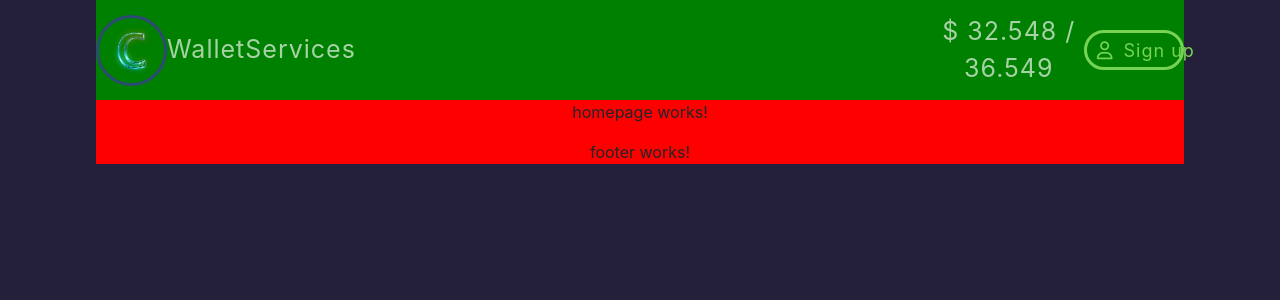
Repository: YuriyBen/Corzbank
Page: / (app in Corzbank.Web/ClientApp/)
The author's editor kept a copy of each file at every save. The page is drawn from the files as they stood at one save, then again after a run of saves.
The browser window is 1280 px wide. The pictures show the whole page.
Some icons come from a web library that is not loaded, so they are not drawn. Some web libraries are served in a nearby version. The project was rebuilt for these pictures with package versions that can differ from the ones it lists, and the page was loaded fresh each time. Also part of the build but not shown: Corzbank.Web/ClientApp/angular.json.

Above is the page before, as saved 2022-05-19 20:28:47.

### Corzbank.Web/ClientApp/src/index.html
<!DOCTYPE html>
<html lang="en">
  <head>
    <meta charset="utf-8" />
    <title>Corzbank.Web</title>
    <base href="/" />

    <meta name="viewport" content="width=device-width, initial-scale=1" />
    <link rel="icon" type="image/x-icon" href="favicon.ico" />

    <script src="https://kit.fontawesome.com/61ebb60581.js" crossorigin="anonymous"></script>
  </head>
  <body>
    <app-root>Loading...</app-root>
  </body>
</html>

### Corzbank.Web/ClientApp/src/styles.css
/* You can add global styles to this file, and also import other style files */

/* Provide sufficient contrast against white background */
a {
  color: #0366d6;
}

code {
  color: #e01a76;
}

.btn-primary {
  color: #fff;
  background-color: #1b6ec2;
  border-color: #1861ac;
}
body{
  display: block;
  text-align: -webkit-center;
  background-color: #24203A;
}
.main{
  background-color: red;
  padding: 0;
  width: 85%;
}

### Corzbank.Web/ClientApp/src/app/app.module.ts
import { BrowserModule } from '@angular/platform-browser';
import { NgModule } from '@angular/core';
import { FormsModule } from '@angular/forms';
import { HttpClientModule, HTTP_INTERCEPTORS } from '@angular/common/http';
import { RouterModule } from '@angular/router';

import { AppComponent } from './app.component';
import { HomepageComponent } from './homepage/homepage.component';
import { HeaderComponent } from './header/header.component';
import { FooterComponent } from './footer/footer.component';

@NgModule({
  declarations: [
    AppComponent,
    HomepageComponent,
    HeaderComponent,
    FooterComponent
  ],
  imports: [
    BrowserModule.withServerTransition({ appId: 'ng-cli-universal' }),
    HttpClientModule,
    FormsModule,
    RouterModule.forRoot([
      { path: '', component: HomepageComponent, pathMatch: 'full' },
    ])
  ],
  providers: [],
  bootstrap: [AppComponent]
})
export class AppModule { }

### Corzbank.Web/ClientApp/src/app/app.component.html
<body>
  <div class="main">
    <app-header></app-header>
    <router-outlet></router-outlet>
    <div class="container">
    </div>
    <app-footer></app-footer>
  </div>
</body>

### Corzbank.Web/ClientApp/src/app/homepage/homepage.component.html
<p>homepage works!</p>

### Corzbank.Web/ClientApp/src/app/header/header.component.html
<div class="navbar">
    <div class="left-block">
        <div class="logo">
            <img src="assets/photos/logo.png" alt="logo">
        </div>
        <span>Wallet</span>
        <div class="services">
            <i class="far fa-arrow"></i>
            <span>Services</span>
        </div>
    </div>
    <div class="right-block">
        <div class="exchange">
            <span>$ 32.548 / 36.549</span>
        </div>
        <div class="account">
            <i class="far fa-user"></i>
            <p>Sign up</p>
        </div>
    </div>
</div>

### Corzbank.Web/ClientApp/src/app/header/header.component.scss
*{
    padding: 0;
    margin: 0;
    box-sizing: 0;
}
.navbar{
    background-color: green;
    height: 100px;
    display: flex;
    justify-content: space-between;
    align-items: center;
    font-size: 25px;
    letter-spacing: 1px;
}
.left-block , .right-block{
    display: flex;
    justify-content: space-between;
    width: 23%;
    align-items: baseline;
    align-items: center;
}
.navbar span{
    color: white;
    opacity: 65%;
}
.left-block .logo{
    background: transparent;
    border-radius: 50px;
    border: 3px solid #2D4A74;
}
.left-block img{
    width: 65px;
}
.right-block .account{
    display: -webkit-inline-box;
    width: 140px;
    height: 40px;
    -webkit-box-align: center;
    border-radius: 32px;
    background: transparent;
    border: 3px solid #77D353;
    padding: 0 10px;
    -webkit-box-pack: center;
    font-size: 18px;

}
.account p, i{
    color: #77D353;
}
.account .far{
    margin-right: 10px;
}

Loaded but not shown: Corzbank.Web/ClientApp/src/main.ts (common file); Corzbank.Web/ClientApp/src/environments/environment.ts (common file); Corzbank.Web/ClientApp/src/app/app.component.ts (common file); Corzbank.Web/ClientApp/src/app/homepage/homepage.component.ts (common file); Corzbank.Web/ClientApp/src/app/header/header.component.ts (common file); Corzbank.Web/ClientApp/src/app/footer/footer.component.ts (common file); Corzbank.Web/ClientApp/src/app/footer/footer.component.html (common file); Corzbank.Web/ClientApp/src/app/footer/footer.component.scss (no stored copy; drawn as an empty file); Corzbank.Web/ClientApp/src/app/homepage/homepage.component.scss (no stored copy; drawn as an empty file)

After the next 2 saves:
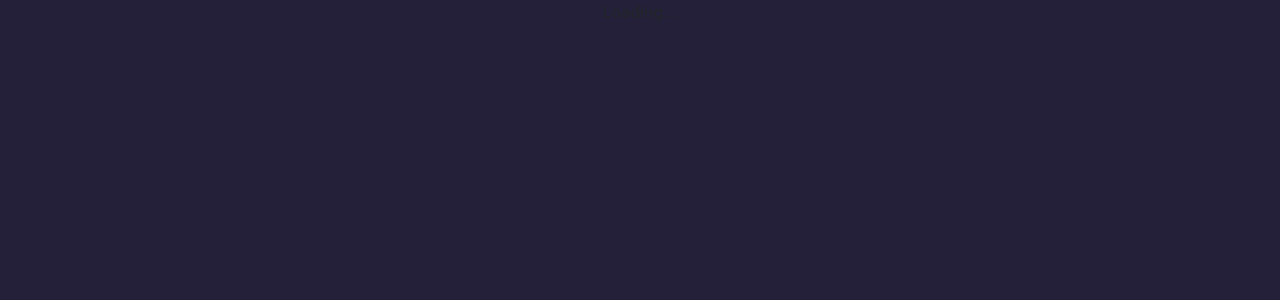
The 2 saves are shown as one change because they came seconds apart.
The last was saved 42 s later.
--- a/Corzbank.Web/ClientApp/src/app/header/header.component.html
+++ b/Corzbank.Web/ClientApp/src/app/header/header.component.html
@@ -5,7 +5,7 @@
         </div>
         <span>Wallet</span>
         <div class="services">
-            <i class="far fa-arrow"></i>
+      class="fa fa-angle-down"></i>
             <span>Services</span>
         </div>
     </div>

After the save that followed:
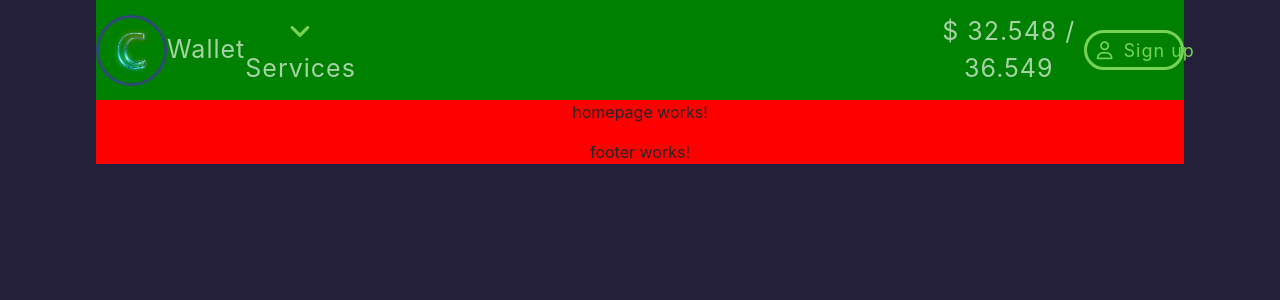
Saved 4 s later.
--- a/Corzbank.Web/ClientApp/src/app/header/header.component.html
+++ b/Corzbank.Web/ClientApp/src/app/header/header.component.html
@@ -5,7 +5,7 @@
         </div>
         <span>Wallet</span>
         <div class="services">
-      class="fa fa-angle-down"></i>
+            <i class="fa fa-angle-down"></i>
             <span>Services</span>
         </div>
     </div>
